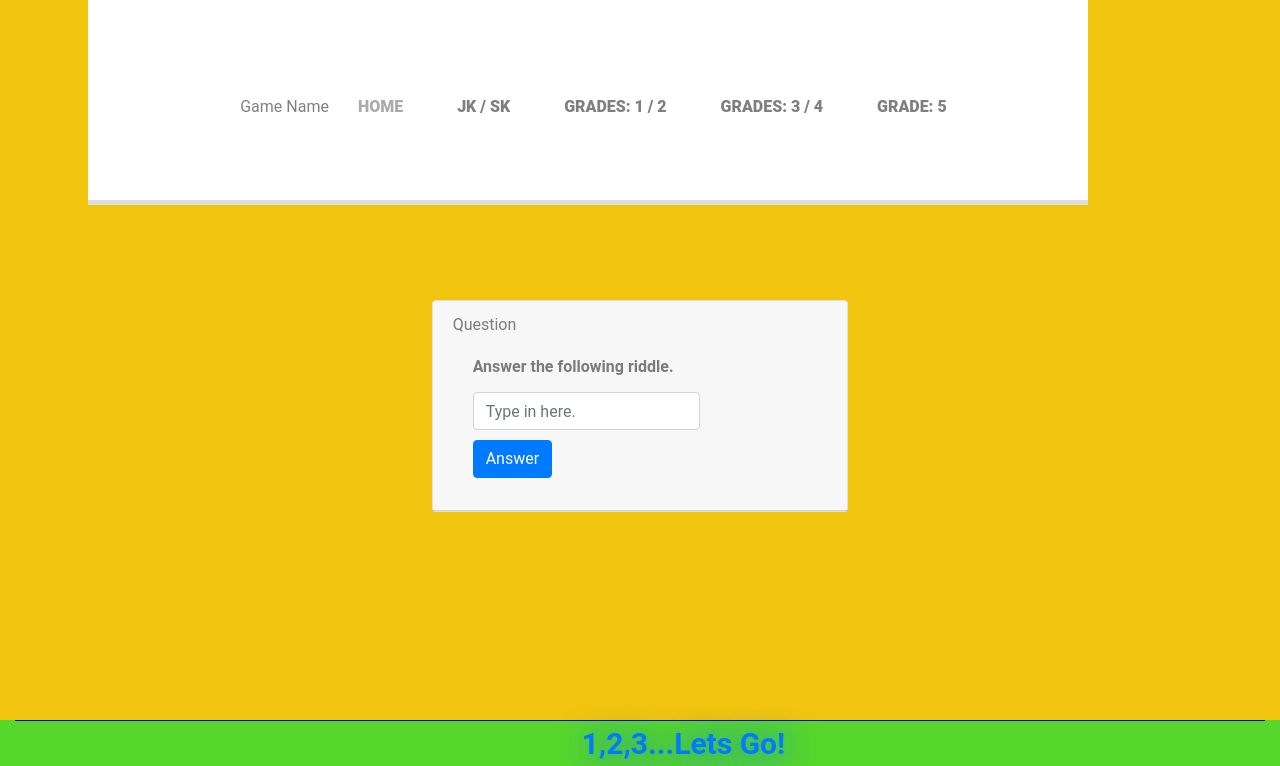
Repository: hanihassan1/Riddle-Game
Page: http://localhost/jk_sk
The author's editor kept a record of every edit. The page is drawn from the files as they stood at one moment, then again after the next edit.
The browser window is 1280 px wide. The pictures show the whole page.
Some web fonts or font styles are not loaded; a fallback is used. The page is served by the project's application, run on Flask 3 (run.py).

Above is the page before.

### templates/jk_sk.html
{% extends 'base.html' %}
{% block head %}
<script src="{{ url_for('static', filename='main.js')  }}"></script>

{% endblock %}
{% block content %}

<section id="nav_catog">
  <div class="container-fluid">
    <div class="row no-gutters">
      <div class="col-sm-1"></div>
      <div class="col-sm-10"></div>
    <nav class="shift">

    <ul>
      <img id="logoOne" src="">Game Name
      <a href="{{url_for('index') }}" class="logo">
        <li><a href="https://9756ebca0b6a461ca3515f5d51d978ee.vfs.cloud9.us-east-1.amazonaws.com">Home</a></li>
        <li><a id="jk_sk" class="" onclick="req_question(this.id)">JK / SK </a></li>
        <li><a id="1-2" class="" onclick="req_question(this.id)">Grades: 1 / 2</a></li>
        <li><a id="3-4" class="" onclick="req_question(this.id)">Grades: 3 / 4</a></li>
        <li><a id="5" class="" onclick="req_question(this.id)">Grade: 5</a></li>
        <li><a id="5" class="hide" onclick="leadership(this.id)">Grade: 5</a></li>
    </ul>
  </nav>
  <div class="col-sm-1"></div>
   </div>
  </div>

  <h2>{{user}}</h2>


  <div class="container-fluid">
    <div class="row card_row no-gutters">
      <div class="col-sm-4"></div>
      <div class="col-sm-4">
      <div class="card">
        <div class="card-header">
          Question

          <div class="card-body">
            <h6 class="card-title"><b>Answer the following riddle.</b></h6>
            <p class="riddleQ" id="riddle_place"></p>
            <input name="answer" type="text" class="form-control" placeholder="Type in here." id="answer_box" required data-validation-required-message="Answer">
            <a href="#" class="btn btn-primary" id="answerId" onclick="getData()">Answer</a>
          </div>
        </div>
      </div>
      </div>
      <div class="col-sm-4"></div>
    </div>
  </div>


</section>


  <div class="modal fade" id="myModal" role="dialog">
    <div class="modal-dialog modal-sm">


      <div class="modal-content">
        <div class="modal-header">
          <button type="button" class="close" data-dismiss="modal">&times;</button>
          <h4 class="modal-title">Score Card</h4>
        </div>
        <div class="modal-body">
          <p id="wrong_answer"></p>
        </div>
        <div class="modal-footer">
          <button type="button" class="btn btn-default" id="u-scoreId" data-dismiss="modal" onclick="location.href = 'https://9756ebca0b6a461ca3515f5d51d978ee.vfs.cloud9.us-east-1.amazonaws.com/leadership';">Close</button>
        </div>
      </div>

    </div>
  </div>



        <div id="incorrect" class="hide">
                        <p id="result-icon" class="m-0">
                            <i class="fas fa-exclamation"></i>
                        </p>
                        <p id="guess-again">Try again!</p>

                    </div>


<script type="text/javascript">
  function req_question(user_category) {
    $("#" + user_category).addClass("active");
    var xhttp = new XMLHttpRequest();
    xhttp.open("GET", "{{url_for('get_question') }}" + "?category=" + user_category, true);
    xhttp.send();
    xhttp.onreadystatechange = function() {
      if (this.readyState == 4 && this.status == 200) {
        document.getElementById('riddle_place').innerHTML = this.response;
      }
    };



  }
var score = 0
  function getData() {
    var question = $("#riddle_place").text();
    var answers = $("#answer_box").val();
    var category = $(".active").attr("id");
    var que_ans = new XMLHttpRequest();

    que_ans.onreadystatechange = function() {
      if (que_ans.readyState === 4 && que_ans.status === 200) {
        if ((this.responseText).replace("\n", "") == "true") {
          score += 1;
          req_question(category);
        }
        else {
        $("#wrong_answer").text("Incorrect Answer, Your Score is : " + score);
        $("#myModal").modal();
        send_score();
      }
      }
    };

    que_ans.open("GET", "{{url_for('que_ans') }}" + "?question=" + question + "&answer=" + answers + "&category=" + category, true);
    que_ans.send();
  }

  function send_score(){
    var name = "{{user}}"
    var name_score = new XMLHttpRequest();

    name_score.onreadystatechange = function() {
      if (name_score.readyState === 4 && name_score.status === 200) {
        if ((this.responseText).replace("\n", "") == "true") {
          score += 1;
          send_score(score);
        }

  }
};




 name_score.open("GET", "{{url_for('user_score') }}" + "?name=" + name + "&score=" + score, true);
 name_score.send();
}

// function next_page() {
//     next_page.open("GET", "{{url_for('index') }}" );
//     next_page.send();
//     $("#sendMessageButton1").on("click", function() {
//     next_page($("#grade").val());
//     }
// }
</script>



{% endblock %}

### templates/base.html
<!DOCTYPE html>
<html lang="en">

<head>
    <meta charset="UTF-8">
    <meta name="viewport" content="width=device-width, initial-scale=1.0">
    <meta http-equiv="X-UA-Compatible" content="ie=edge">
    <meta name="description" content="">
    <meta name="author" content="">

    <title>{{title}}</title>
    <link rel="stylesheet" href="https://stackpath.bootstrapcdn.com/bootstrap/4.3.1/css/bootstrap.min.css" integrity="sha384-ggOyR0iXCbMQv3Xipma34MD+dH/1fQ784/j6cY/iJTQUOhcWr7x9JvoRxT2MZw1T" crossorigin="anonymous">
    <script src="https://code.jquery.com/jquery-3.3.1.slim.min.js" integrity="sha384-q8i/X+965DzO0rT7abK41JStQIAqVgRVzpbzo5smXKp4YfRvH+8abtTE1Pi6jizo" crossorigin="anonymous"></script>
    <script src="https://cdnjs.cloudflare.com/ajax/libs/popper.js/1.14.7/umd/popper.min.js" integrity="sha384-UO2eT0CpHqdSJQ6hJty5KVphtPhzWj9WO1clHTMGa3JDZwrnQq4sF86dIHNDz0W1" crossorigin="anonymous"></script>
    <script src="https://stackpath.bootstrapcdn.com/bootstrap/4.3.1/js/bootstrap.min.js" integrity="sha384-JjSmVgyd0p3pXB1rRibZUAYoIIy6OrQ6VrjIEaFf/nJGzIxFDsf4x0xIM+B07jRM" crossorigin="anonymous"></script>
    <link href="{{ url_for('static', filename='css/style.css')  }}" rel="stylesheet" type="text/css">
    <link rel="stylesheet" href="https://cdnjs.cloudflare.com/ajax/libs/hover.css/2.3.1/css/hover.css" />
    {% block head %} {% endblock %}
</head>

<body>


        {% block content %} {% endblock %}





    <footer>
        <div class="container-fluid">
            <div class="row no-gutters foot-edit">
                <div class="col-md-4"></div>
                <div class="col-md-4"><strong><a class="footer-name" href="{{url_for('index') }}">1,2,3...Lets Go!</a></strong></div>
                <div class="col-md-4"></div>
            </div>
        </div>
    </footer>

    <script src="{{ url_for('static', filename='main.js')  }}"></script>
</body>

</html>

### run.py
import os
from flask import Flask,render_template, request, flash, jsonify
import json
import random
import numpy



app = Flask(__name__)
app.secret_key = "its_secure"

@app.route('/', methods=["GET", "POST"])
def index():
     if request.method=="POST":
        print(request.form)
        file= open("user_info.txt", "a")
        file.write("Name:{},Age:{},Grade:{}\n"
                  .format(request.form['name'],request.form['age'],
                  request.form['grade']))
        file.close()
        flash(" Hello {}, Welcome! Let's get started. Choose a grade."
        .format(request.form['name']))
     return render_template("index.html", title = "Home Page")



@app.route('/jk_sk/', methods=["GET", "POST"])
def jk_sk_ans():
    args = request.args
    username = args['username']
    return render_template("jk_sk.html", user=username)


@app.route('/get_score/api/v1/', methods=["GET", "POST"])
def user_score():
    my_arg = request.args
    post_name = my_arg['name']
    post_score = my_arg['score']
    file_score = open("user_scores.txt", "a")
    file_score.write(post_name + "\n" + post_score + "\n")
    file_score.close()

    return jsonify("true")



@app.route('/checkans/api/v1/', methods=['GET'])
def que_ans():
    my_arg = request.args
    check_ques = my_arg['question']
    check_ans = my_arg['answer']
    check_category = my_arg['category']
    if check_category == "jk_sk":
        file_name = "data/jk_sk.json"
    if check_category == "1-2":
        file_name = "data/one_two.json"
    if check_category == "3-4":
        file_name = "data/three_four.json"
    if check_category == "5":
        file_name = "data/five.json"
    print(file_name, check_category)
    file = open(file_name, "r")
    file_data = file.read()
    file_data = json.loads(file_data)
    print(file_data)
    for items in file_data:
        if (items['question'].rstrip() == check_ques.rstrip().replace('"', '')):
            if items['answer'] == check_ans:
                return jsonify(True)
            else:
                return jsonify(False)

@app.route('/get_question/api/v1/', methods=['GET'])
def get_question():
    my_arg = request.args
    check_ans = my_arg['category']
    if check_ans == "jk_sk":
        file_name = "data/jk_sk.json"
    if check_ans == "1-2":
        file_name = "data/one_two.json"
    if check_ans == "3-4":
        file_name = "data/three_four.json"
    if check_ans == "5":
        file_name = "data/five.json"
    file = open(file_name, "r")
    all_questions = json.loads(file.read())
    random_number = random.randint(0, len(all_questions) - 1)
    ask_question = all_questions[random_number]["question"]
    return jsonify(ask_question)


@app.route('/leadership')
def leadership():
    file = open("user_scores.txt", "r")
    score_data = file.readlines()
    username = []
    score = []
    final_user_list = []
    file.close()
    for i in range(0, len(score_data)):
        if i % 2 == 0:
            username.append(score_data[i].replace('\n',''))
        else:
            score.append(int(score_data[i].replace('\n','')))
    score_index_before_sort = numpy.argsort(score)
    for index in score_index_before_sort:
        final_user_list.append(username[index])
    score = sorted(score)
    if len(score) > 10:
        score = score[-10:]
        final_user_list = final_user_list[-10:]
    return render_template("leadership.html", title = "Leadership Board Page", username =final_user_list , score = score)



@app.route('/jk_sk')
def jk_sk():
    return render_template("jk_sk.html", title = "Jk/Sk Page")


@app.route('/one_two')
def one_two():
    return render_template("one_two.html", title = "Grades: 1 / 2 Page")

@app.route('/three_four')
def three_four():
    return render_template("three_four.html", title = "Grades: 3 / 4 Page")

@app.route('/five')
def five():
    return render_template("five.html", title = "Grade: 5  Page")


@app.route('/check_answer/', methods=["GET"])
def check_answer():
    my_arg = request.args
    question = my_arg['question']
    answers = my_arg['answer']
    answer_return = ""
    with open("data/jk_sk.json", 'r') as file1:
        answer_file = json.load(file1)
    for answer in answer_file:
        print(answer)
        if answer['question'] == question:
            if answer['answer'] == answers:
                answer_return = "True"
            else:
                answer_return = "False"
    return jsonify({'result':answer_return})


if __name__ == '__main__':
    app.run(host=os.environ.get('IP'),
    port=int(os.environ.get('PORT')),
    debug=True)

### static/css/style.css
@import url('https://fonts.googleapis.com/css?family=Varela+Round:100,200,300,400,500,600,700|EXO:100,200,300,400,500,600,700');
@import url('https://fonts.googleapis.com/css?family=Cantarell:700i:100,200,300,400,500,600,700|EXO:100,200,300,400,500,600,700');

body {
    font-family: 'Varela Round', sans-serif;
    background-color:#57D62C;
    height: 100vh;

}
html {
 scroll-behavior: smooth;
}

.hide {
    display: none !important;
}


a {
    text-decoration: none !important;
}

html {
 scroll-behavior: smooth;
}

/*header*/
#logoOne  {
  border-radius: 15%;
}

.game_name {
  text-align:center;
     padding-bottom: 25px;

}


/*index*/

.signin  {
  color:#007bff;

}


body {
  font-family: 'Roboto', sans-serif;
  padding: 0;
  margin: 0;
}

small {
  font-size: 12px;
  color: rgba(0, 0, 0, 0.4);
}

h1 {
  text-align: center;
  padding: 50px 0;
  font-weight: 800;
  margin: 0;
  letter-spacing: -1px;
  color: inherit;
  font-size: 40px;
}



h2 {
  text-align: center;
  font-size: 30px;
  margin: 0;
  font-weight: 300;
  color: inherit;
  padding: 50px;
}

.center {
  text-align: center;
}



section {
  height: 100vh;
}

/* NAV */


nav {
  width: 80%;
  margin: 0 auto;
  background: #fff;
  padding: 50px 0;
  box-shadow: 0px 5px 0px #dedede;
}

nav ul {
  list-style: none;
  text-align: center;
}
nav ul li {
  display: inline-block;
}
nav ul li a {
  display: block;
  padding: 15px;
  text-decoration: none;
  color: #aaa;
  font-weight: 800;
  text-transform: uppercase;
  margin: 0 10px;
}
nav ul li a,
nav ul li a:after,
nav ul li a:before {
  transition: all .5s;
}
nav ul li a:hover {
  color: #555;
}

nav.shift ul li a {
  position:relative;
  z-index: 1;
}
nav.shift ul li a:hover {
  color: #91640F;
}
nav.shift ul li a:after {
  display: block;
  position: absolute;
  top: 0;
  left: 0;
  bottom: 0;
  right: 0;
  margin: auto;
  width: 100%;
  height: 1px;
  content: '.';
  color: transparent;
  background: #F1C40F;
  visibility: none;
  opacity: 0;
  z-index: -1;
}
nav.shift ul li a:hover:after {
  opacity: 1;
  visibility: visible;
  height: 100%;
}

#nav_catog  {
  background: #f1c40f;
  color: rgba(0, 0, 0, 0.5);

}


/* form-index */
#sendMessageButton1     {
    opacity: 9;
     background-color: #A9A9A9;
    border-radius: 10%;
    color: #484848;
}
.sect  {
      height: 100vh;

}
.form-edit  {
  padding-top:20px;

}


.form-control {

     width: 68%!important;

}
.btn {
 margin-top:10px;
}
.form-edit {
  height:75%;
   padding-top: 32px;

}


.card_row   {
  /*margin-left:28%;*/
  /*margin-top:10px;*/
}


.card-body {

}

/*footer*/



.footer-name {
  text-align:center;
  padding-left:150px;
  font-size:30px;
  text-shadow: 2px 2px 30px #007bff;

}


.foot-edit  {
  border-top:1px solid blue;
}



.lead-head  {
  text-align:center;
   font-family: 'Roboto', sans-serif;
  font-size:30px;
   color:#007bff;
}

.lead-backg {
    height: 73vh;
}


.table {
  width: 500px;
  padding-right: 10%;
  font-size:20px;
}

.lead-homebt {
 font-size:30px;
 padding-bottom:50px;
}

.active {
  background-color: red;
}

### static/main.js
function getData() {
  var question = $("#riddle_place").text();
  var answers = $("#answer_box").val();
  var category = $(".active").attr("id");
  var que_ans = new XMLHttpRequest();
  que_ans.onreadystatechange = function() {
    if (que_ans.readyState === 4 && que_ans.status === 200) {


      document.getElementById('answerId').innerHTML = statusHTML;
    }
  };
  xhttp.open("GET", "{{url_for('que_ans') }}" + "?question=" + question + "&answers=" + answers + "&category=" + category, true);
  xhttp.send();
}






























// function req_data(answers) {
//   var xhttp = new XMLHttpRequest();
//   xhttp.onreadystatechange = function() {
//     if (this.readyState == 4 && this.status == 200) {
//       document.getElementById("answer").innerHTML = this.responseText;
//       myResponse = JSON.parse(this.responseText);
//         if ((myResponse.results) == True) {
//     }
//     else {
//       return false
//     }
//   };
//   xhttp.open("GET", "{{url_for('get_question') }}" + "?question=" + "answers" + answers  , true);
//   xhttp.send();
// }
// }


// $("#answerId").on("click", function() {

//     req_data($("#answer_box").val());

// });

After the next edit:
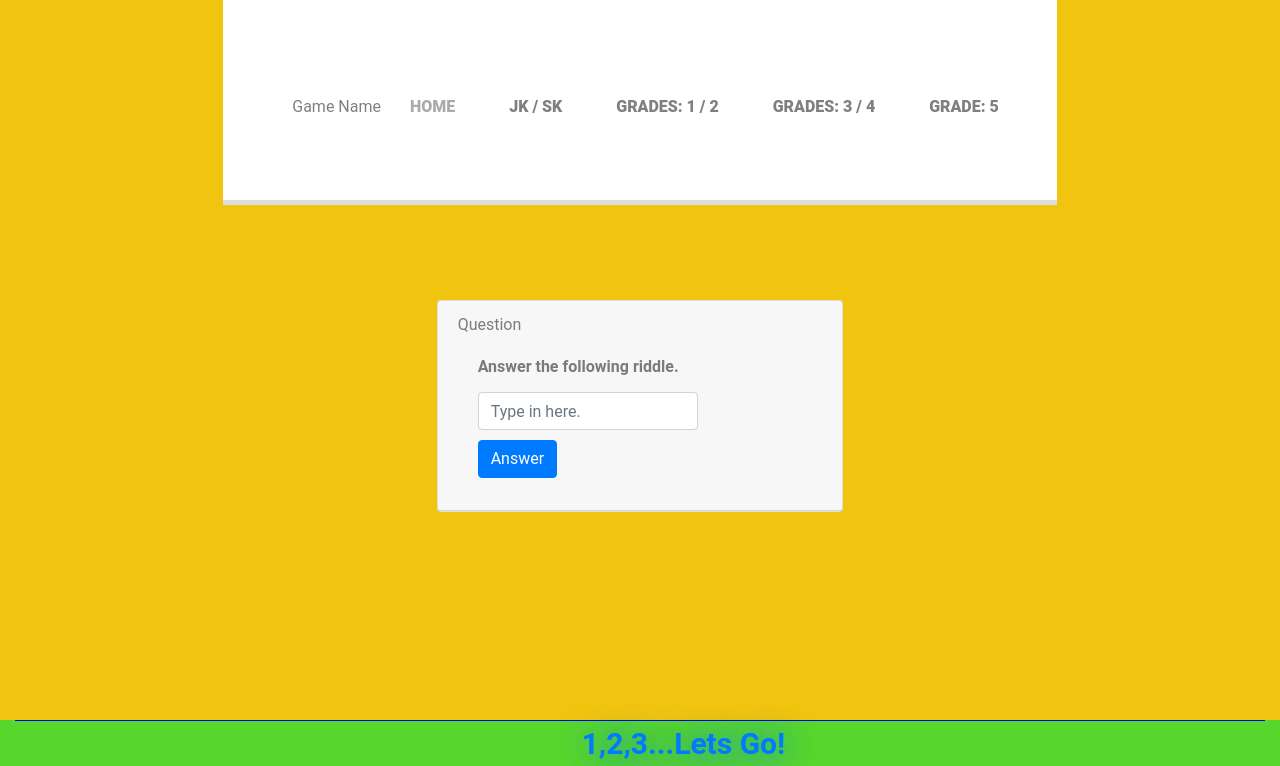
The edit:
--- a/templates/jk_sk.html
+++ b/templates/jk_sk.html
@@ -9,7 +9,7 @@
   <div class="container-fluid">
     <div class="row no-gutters">
       <div class="col-sm-1"></div>
-      <div class="col-sm-10"></div>
+      <div class="col-sm-10">
     <nav class="shift">
 
     <ul>
